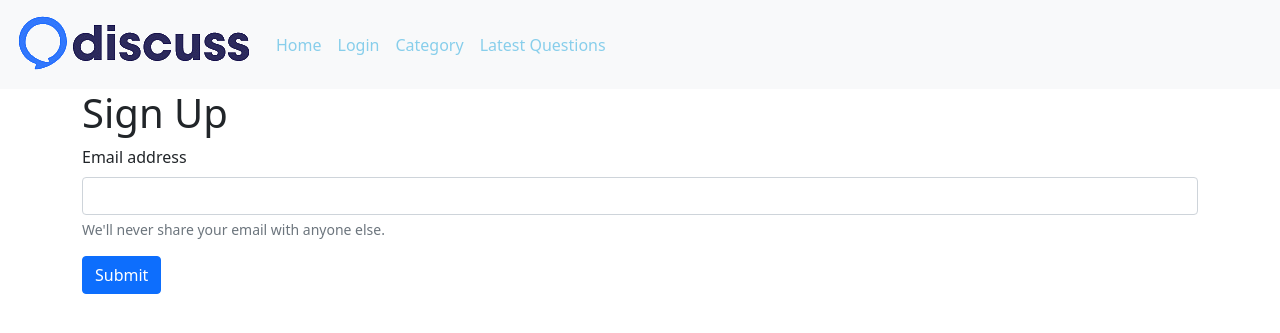
Repository: zeeShanizeeshan/php-project
Page: http://localhost/?signup=true
The author's editor kept a copy of each file at every save. The page is drawn from the files as they stood at one save, then again after the next save.
The browser window is 1280 px wide. The pictures show the whole page.
The page is run by PHP 8.4 with error messages shown; the project is at /var/www/html/.

Above is the page before, as saved 2025-12-02 16:30:45.

### index.php
<!DOCTYPE html>
<html lang="en">

<head>
    <meta charset="UTF-8">
    <title>Discuss Project</title>
    <?php include('./client/commonFiles.php') ?>
</head>

<body>
    <?php
    include('./client/header.php');
    include('./client/signup.php');
    ?>
</body>

</html>

### client/commonFiles.php
<link href="https://cdn.jsdelivr.net/npm/bootstrap@5.0.2/dist/css/bootstrap.min.css" rel="stylesheet" integrity="sha384-EVSTQN3/azprG1Anm3QDgpJLIm9Nao0Yz1ztcQTwFspd3yD65VohhpuuCOmLASjC" crossorigin="anonymous">
<script src="https://cdn.jsdelivr.net/npm/bootstrap@5.0.2/dist/js/bootstrap.bundle.min.js" integrity="sha384-MrcW6ZMFYlzcLA8Nl+NtUVF0sA7MsXsP1UyJoMp4YLEuNSfAP+JcXn/tWtIaxVXM" crossorigin="anonymous"></script>
<link rel="stylesheet" href="./public/style.css">
</link>

### client/header.php
<nav class="navbar navbar-expand-lg navbar-light bg-light">
    <div class="container-fluid">
        <a class="navbar-brand" href="#">
            <img src="./public/discusslogo.png" alt="">
        </a>
        <div class="collapse navbar-collapse" id="navbarNav">
            <ul class="navbar-nav">
                <li class="nav-item">
                    <a class="nav-link active" aria-current="page" href="#">Home</a>
                </li>
                <li class="nav-item">
                    <a class="nav-link" href="#">Login</a>
                </li>
                <li class="nav-item">
                    <a class="nav-link" href="#">Category</a>
                </li>
                <li class="nav-item">
                    <a class="nav-link" href="#">Latest Questions</a>
                </li>
            </ul>
        </div>
    </div>
</nav>

### client/signup.php
<div class="container">
    <h1>Sign Up</h1>
    <form>
        <div class="mb-3">
            <label for="exampleInputEmail1" class="form-label">Email address</label>
            <input type="email" class="form-control" id="exampleInputEmail1" aria-describedby="emailHelp">
            <div id="emailHelp" class="form-text">We'll never share your email with anyone else.</div>
        </div>

        <button type="submit" class="btn btn-primary">Submit</button>
    </form>
</div>

### public/style.css
a{
    color: skyblue !important;
}

After the next save:
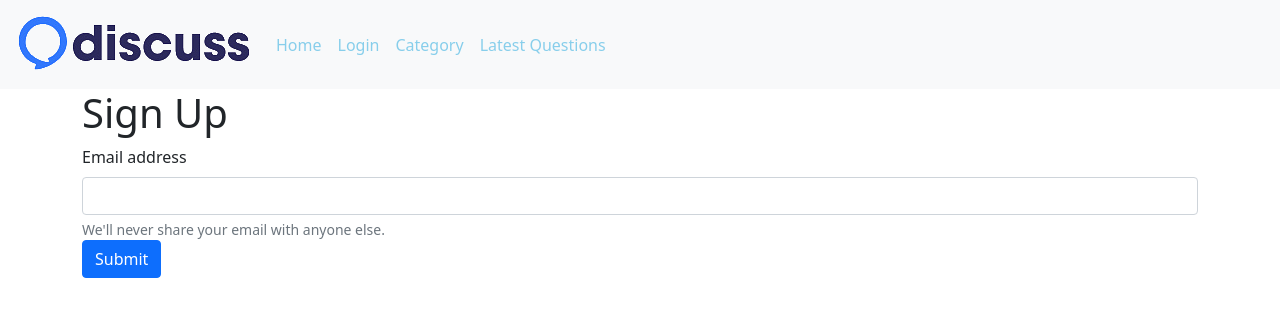
Saved 41 s later.
--- a/client/signup.php
+++ b/client/signup.php
@@ -1,7 +1,7 @@
 <div class="container">
     <h1>Sign Up</h1>
     <form>
-        <div class="mb-3">
+        <div class="sm-3">
             <label for="exampleInputEmail1" class="form-label">Email address</label>
             <input type="email" class="form-control" id="exampleInputEmail1" aria-describedby="emailHelp">
             <div id="emailHelp" class="form-text">We'll never share your email with anyone else.</div>
